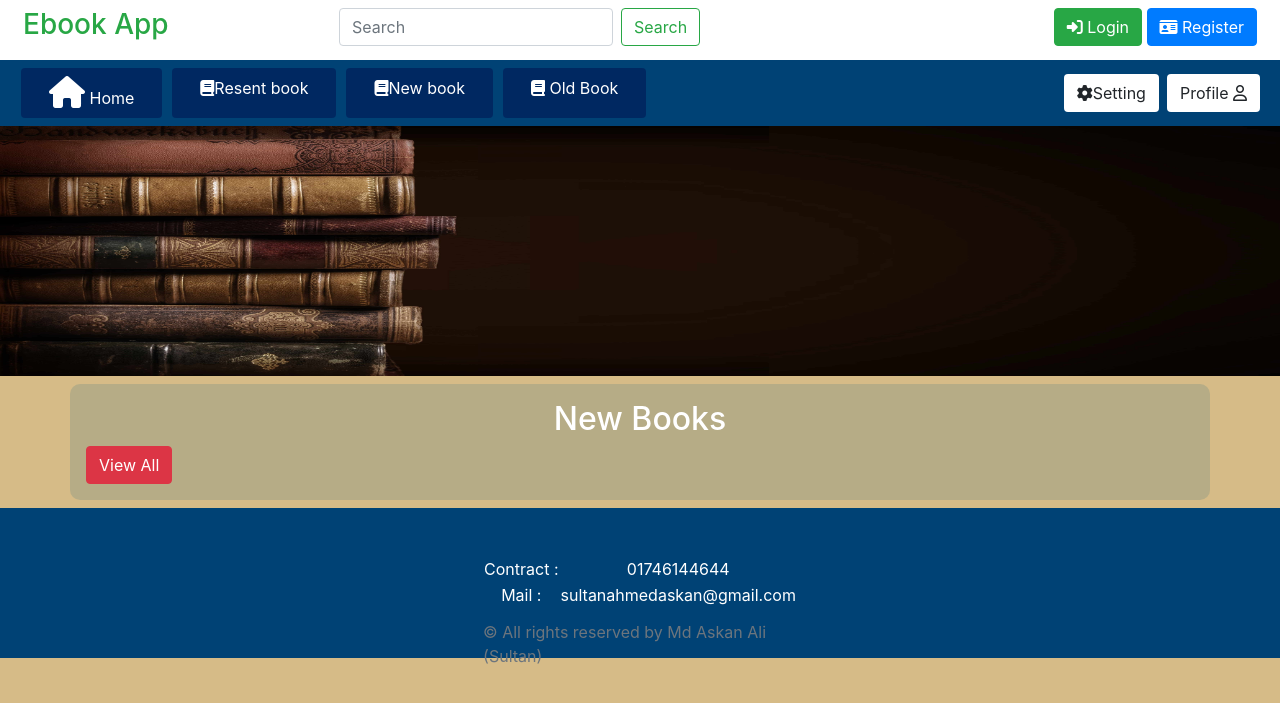
Repository: sultanaskan/EbookApp
Page: http://localhost/ebook/profile.jsp
An editor plug-in stored every save of this project. The page is shown before and after the next save, followed by the edit.
The browser window is 1280 px wide. The pictures show the whole page.
The page is served by Tomcat 9. Other server files are loaded and not shown. Queries for data that is not in the repository find no rows.

Above is the page before, as saved 2024-05-06 07:45:48.

### ebook/src/main/webapp/profile.jsp
<%@page import="com.entity.Cart"%>
<%@page import="com.entity.Book"%>
<%@page import="java.util.List"%>
<%@page import="com.DAO.DBconn"%>
<%@ page language="java" contentType="text/html; charset=UTF-8"
	pageEncoding="UTF-8"%>

<%@ taglib prefix="c" uri="http://java.sun.com/jsp/jstl/core"%>
<%@ page isELIgnored="false"%>

<!DOCTYPE html>
<html>
<head>
<meta charset="UTF-8">
<title>New Book:</title>
<%@include file="components/allcss.jsp"%>


</head>
<body>
	<%@include file="components/navbar.jsp"%>
	<img style="height: 250px; width: 100%" alt="benner"
		src="components/img/ben.png">





	<!-- New Book -->
	<div class="container my-2 p-3 resentbook">
		<h2 class="text-white text-center">New Books</h2>
		<div class="row justify-content-center text-center">

			<%
			HttpSession se = request.getSession();
			user u = (user) se.getAttribute("logedin");
			System.out.println("User Loged User id: " + u);
			DAOImpl dao = new DAOImpl(conn);
			List<Book> ne = dao.getNewBook();
			%>




			<%
			for (Book b : ne) {
			%>
			<div class="col-lg-3 col-md-4 col-sm-6 my-2">
				<div class="card">
					<div class="card-body">
						<img class="gcardbook" alt="book" src="books/<%=b.getFile()%>">
						<p>
							Book Name:
							<%=b.getName()%>
							<br> Author Name:<%=b.getAuthor()%>
							<br> Categories:
							<%=b.getCat()%>
						</p>
						<div class="row text-center justify-content-center">
							<c:if test="${not empty logedin  }">
								<%
								Cart c = dao.chackCartByUB(b.getBid(), u.getUid());
								if (c != null) {
								%>
								<a class="disabled btn btn-danger btn-sm m-1">Add Card</a>

								<%
								} else if (c == null) {
								%>

								<a
									href="addcartservlet?bid=<%=b.getBid()%>&uid=<%=u.getUid()%>&bname=<%=b.getName()%>&author=<%=b.getAuthor()%>&price=<%=b.getPrice()%>&address=<%=u.getAddress()%>&phone=<%=u.getPhone()%>&email=<%=b.getEmail()%>"
									class="btn btn-danger btn-sm m-1">Add Card</a>
								<%
								}
								%>
							</c:if>




							<c:if test="${empty logedin }">

								<a href="login.jsp" class=" btn btn-danger btn-sm m-1">Add
									Card</a>
							</c:if>
							<a href="viewdetails.jsp?bid=<%=b.getBid()%>"
								class="btn btn-primary btn-sm m-1">View Details</a> <a
								class="btn btn-success btn-sm m-1">999</a>
						</div>
					</div>
				</div>
			</div>
			<%
			}
			%>



		</div>
		<a class="self-align-center  y-2 btn btn-danger">View All</a>
	</div>








	<%@include file="components/footer.jsp"%>
</body>
</html>

### ebook/src/main/webapp/components/allcss.jsp
<script
	src="https://cdn.jsdelivr.net/npm/jquery@3.5.1/dist/jquery.slim.min.js"></script>
<script
	src="https://cdn.jsdelivr.net/npm/popper.js@1.16.1/dist/umd/popper.min.js"></script>
<script
	src="D:/All projects/java web/EbookApp/src/main/webapp/components/bootstrap-4.6.2-dist/js/bootstrap.min.js"></script>

<link rel="stylesheet"
	href="https://cdn.jsdelivr.net/npm/bootstrap@4.6.2/dist/css/bootstrap.min.css">
<script
	src="https://cdn.jsdelivr.net/npm/bootstrap@4.6.2/dist/js/bootstrap.bundle.min.js"></script>
<link rel="stylesheet"
	href="https://cdnjs.cloudflare.com/ajax/libs/font-awesome/6.4.2/css/all.min.css" />

<link rel="stylesheet" href="components/style.css">

### ebook/src/main/webapp/components/navbar.jsp
<%@page import="java.sql.Connection"%>
<%@page import="com.db.Database"%>
<%@page import="com.entity.user"%>
<%@page import="com.DAO.DAOImpl"%>
<%@page import="com.DAO.DBconn"%>
<%@include file="jstl.jsp" %>


<% Connection conn =new Database().Dbconn(); %>


<div class="container-fluid bg-white  " style="min-height: 60px">
	<div class="row p-2">
		<div class="col-md-3">
			<h3 class="text-success float-left">Ebook App</h3>
		</div>
		<div class=" col-md-5">
			<form class="form-inline my-2 my-lg-0">
				<input class="form-control mr-sm-2" type="search"
					placeholder="Search" aria-label="Search">
				<button class="btn btn-outline-success my-2 my-sm-0" type="submit">Search</button>
			</form>
		</div>

		<c:if test="${not empty  logedin }">
			<div class="col-md-4  text-right">
				<a href="profile.jsp" class="btn btn-primary "><i
					class="fa-regular fa-user"></i> Profile</a>
				<button data-toggle="modal" data-target="#exampleModal"
					class="btn btn-danger ">
					<i class="fa-solid fa-right-from-bracket"></i> Logout
				</button>
			</div>
		</c:if>

		<c:if test="${empty logedin}">
			<div class="col-md-4  text-right">
				<a href="login.jsp" class="btn btn-success "><i
					class="fa-solid fa-right-to-bracket "></i> Login</a> <a
					href="register.jsp" class="btn btn-primary "><i
					class="fa-solid fa-id-card"></i> Register</a>
			</div>
		</c:if>


	</div>
</div>



<nav class="navbar navbar-expand-lg navbar-dark  sticky-top"
	style="background: #004275">
	<button class="navbar-toggler" type="button" data-toggle="collapse"
		data-target="#navbarSupportedContent"
		aria-controls="navbarSupportedContent" aria-expanded="false"
		aria-label="Toggle navigation">
		<span class="navbar-toggler-icon"></span>
	</button>
	<div class="row collapse navbar-collapse" id="navbarSupportedContent">
		<div class=" col-md-7 float-left ">
			<ul class="navbar-nav mr-auto">
				<li class="nav-item active"><a class="nav-link"
					href="index.jsp"> <i class="fa-solid fa-house fa-2x"></i> Home
				</a></li>
				<li class="nav-item active"><a class="nav-link"
					href="resentbook.jsp"> <i class="fa-solid fa-book"></i>Resent
						book
				</a></li>
				<li class="nav-item  active"><a class="nav-link"
					href="newbook.jsp"> <i class="fa-solid fa-book"></i>New book
				</a></li>
				<li class="nav-item active"><a class="nav-link "
					href="oldbook.jsp"> <i class="fa-solid fa-book"></i> Old Book
				</a></li>
			</ul>
		</div>

		<div class="col-md-5 ">
			<a class=" float-right btn bg-white mx-1" href="#">Profile <i
				class="fa-regular fa-user"></i>
			</a> <a href="setting.jsp" class=" float-right btn bg-white mx-1"
				href="#"><i class="fa-solid fa-gear"></i>Setting </a>




			<c:if test="${not empty logedin }">

				<%
				DAOImpl daoNav = new DAOImpl(conn);
				user uNav = (user) session.getAttribute("logedin");
				int uidNav = uNav.getUid();
				int totalCarts = daoNav.getCartsCountByUid(uidNav);
				System.out.println("total Carts is: " + totalCarts);
				%>

				<a href="cart.jsp" class="float-right  btn bg-white mx-1"
					href="#"> <i class="fa-solid fa-cart-arrow-down"></i> <sup
					style="font-size: 15px; width: 250px"
					class="bg-danger rounded text-white"> <%=totalCarts%>
				</sup>
				</a>
			</c:if>


		</div>

	</div>
</nav>





<!-- Modal -->
<div class="modal fade" id="exampleModal" tabindex="-1"
	aria-labelledby="exampleModalLabel" aria-hidden="true">
	<div class="modal-dialog">
		<div class="modal-content">
			<div class="modal-header">
				<h5 class="modal-title" id="exampleModalLabel">warning !</h5>
				<button type="button" class="close" data-dismiss="modal"
					aria-label="Close">
					<span aria-hidden="true">&times;</span>
				</button>
			</div>
			<div class="modal-body">Are you sure you want to logout?</div>
			<div class="modal-footer">
				<button type="button" class="btn btn-secondary" data-dismiss="modal">No</button>
				<a href="Logout" type="button" class="btn btn-primary">Yes</a>
			</div>
		</div>
	</div>
</div>

### ebook/src/main/webapp/components/jstl.jsp
<%@ taglib prefix = "c" uri = "http://java.sun.com/jsp/jstl/core" %>
<%@  page isELIgnored="false" %>

### ebook/src/main/webapp/components/footer.jsp
<div class="container-fluid  text-center " style="height:150px; background:#004275">
	<div class="row text-center text-white pt-5 justify-content-center">


		<table>
		<caption>&copy All rights reserved by Md Askan Ali (Sultan)</caption>

		<tr>
		<td>Contract : </td>
		<td>01746144644</td>
		</tr>
		<tr>
		<td>Mail     : </td>
		<td>sultanahmedaskan@gmail.com</td>
		</tr>
		</table>
	</div>
</div>

### ebook/src/main/java/com/db/Database.java
package com.db;

import java.sql.Connection;
import java.sql.DriverManager;
import java.sql.SQLException;

public class Database{






	public Database() {
		super();
		// TODO Auto-generated constructor stub
	}

	public Connection Dbconn() {
		// TODO Auto-generated method stub
		Connection conn  = null;
		String url= "jdbc:mysql://localhost:3306/ebook";
		String user= "root";
		String password= "";

		try {
			Class.forName("com.mysql.cj.jdbc.Driver");
		} catch (ClassNotFoundException e) {
			// TODO Auto-generated catch block
			e.printStackTrace();
		}

		try {

			conn = DriverManager.getConnection(url,user, password);
		} catch (SQLException e) {
			// TODO Auto-generated catch block
			e.printStackTrace();
		}

		return conn;
	}


}

### ebook/src/main/java/com/DAO/DAO.java
package com.DAO;

import java.util.ArrayList;


import com.entity.*;
import java.util.List;

public abstract class DAO {
	public abstract boolean RegisterUser(user u);
	public abstract user getUserByEP(String E, String p);
	public abstract boolean addNewBook(Book b);
	public abstract boolean updateBook(Book b);
	public abstract List<Book> getAllBook();
	public abstract List<Book> getRsentBook();
	public abstract List<Book> getNewBook();
	public abstract List<Book> getOldBook();
	public abstract List<Cart> getCartsByU(int uid);
	public abstract Book getBookById(int id);
	public abstract boolean removeBookById(int id);
	public abstract boolean addCart(Cart c);
	public abstract Cart chackCartByUB(int bid, int uid);
	public abstract boolean RemoveCartbyId(int cid);
	public abstract double getTotalAmount(int uid);
	public abstract int getCartsCountByUid(int uid);
	public abstract boolean saveOrder(Order o);

}

### ebook/src/main/java/com/DAO/DAOImpl.java
package com.DAO;

import java.sql.Connection;
import java.sql.PreparedStatement;
import java.sql.ResultSet;
import java.util.ArrayList;
import java.util.List;

import com.entity.Book;
import com.entity.Cart;
import com.entity.Order;
import com.entity.user;

public class DAOImpl extends DAO {
	private Connection conn;

	public DAOImpl(Connection conn) {
		super();
		this.conn = conn;
	}

	@Override
	public boolean RegisterUser(user u) {
		boolean f = false;
		try {
			String sql = "insert into user(name, email, phone, password, address, city, state, zip) values(?,?,?,?,?,?,?,?)";
			PreparedStatement ps = conn.prepareStatement(sql);
			ps.setString(1, u.getName());
			ps.setString(2, u.getEmail());
			ps.setString(3, u.getPhone());
			ps.setString(4, u.getPassword());
			ps.setString(5, u.getAddress());
			ps.setString(6, u.getCity());
			ps.setString(7, u.getState());
			ps.setString(8, u.getZip());

			boolean r = ps.execute();

			if (r == false) {
				f = true;
			}

		} catch (Exception e) {
			e.printStackTrace();
		}
		return f;
	}

	@Override
	public user getUserByEP(String E, String P) {
		user u = null;
		try {
			String sql = "select * from `ebook`.user where email= ? and password = ?";
			PreparedStatement ps = conn.prepareStatement(sql);
			ps.setString(1, E);
			ps.setString(2, P);

			ResultSet re = ps.executeQuery();
			while (re.next()) {
				u = new user();
				u.setUid(re.getInt(1));
				u.setName(re.getString(2));
				u.setEmail(re.getString(3));
				u.setPhone(re.getString(4));
				u.setPassword(re.getString(5));
				u.setAddress(re.getString(6));
				u.setCity(re.getString(7));
				u.setState(re.getString(8));
				u.setState(re.getString(9));
				u.setPhoto(re.getString(10));
				u.setRole(re.getString(11));

			}

		} catch (Exception e) {
			e.printStackTrace();
		}

		return u;
	}

	@Override
	public boolean addNewBook(Book b) {
		boolean r = false;
		try {
			String sql = "insert into books(name, author, price, cat, status, photo, email) values(?,?,?,?,?,?,?)";
			PreparedStatement ps = conn.prepareStatement(sql);

			ps.setString(1, b.getName());
			ps.setString(2, b.getAuthor());
			ps.setDouble(3, b.getPrice());
			ps.setString(4, b.getCat());
			ps.setString(5, b.getStatus());
			ps.setString(6, b.getFile());
			ps.setString(7, b.getEmail());

			boolean f = ps.execute();
			if (f == false) {
				r = true;
			}

		} catch (Exception e) {
			e.printStackTrace();
		}

		return r;
	}

	@Override
	public boolean updateBook(Book b) {
		boolean r = false;
		try {
			String sql = "update  books set name =?, author=?, price=?, cat=?, status=? where bid = ?";
			PreparedStatement ps = conn.prepareStatement(sql);

			ps.setString(1, b.getName());
			ps.setString(2, b.getAuthor());
			ps.setDouble(3, b.getPrice());
			ps.setString(4, b.getCat());
			ps.setString(5, b.getStatus());
			ps.setInt(6, b.getBid());

			int f = ps.executeUpdate();
			if (f == 1) {
				r = true;
			}

		} catch (Exception e) {
			e.printStackTrace();
		}

		return r;
	}

	@Override
	public List<Book> getAllBook() {
		List<Book> list = new ArrayList<>();
		Book b = null;

		try {
			String sql = "select * from books";
			PreparedStatement bs = conn.prepareStatement(sql);

			ResultSet re = bs.executeQuery();
			while (re.next()) {
				b = new Book();
				b.setBid(re.getInt(1));
				b.setName(re.getString(2));
				b.setAuthor(re.getString(3));
				b.setPrice(re.getDouble(4));
				b.setCat(re.getString(5));
				b.setStatus(re.getString(6));
				b.setFile(re.getString(7));
				b.setEmail(re.getString(8));

				list.add(b);
			}

		} catch (Exception e) {
			e.printStackTrace();
		}

		return list;
	}

	@Override
	public Book getBookById(int id) {
		Book b = null;

		try {
			String sql = "select * from books Where bid= ?";
			PreparedStatement bs = conn.prepareStatement(sql);
			bs.setInt(1, id);

			ResultSet re = bs.executeQuery();

			while (re.next()) {
				b = new Book();
				b.setBid(re.getInt(1));
				b.setName(re.getString(2));
				b.setAuthor(re.getString(3));
				b.setPrice(re.getDouble(4));
				b.setCat(re.getString(5));
				b.setStatus(re.getString(6));
				b.setFile(re.getString(7));
				b.setEmail(re.getString(8));

			}

		} catch (Exception e) {
			e.printStackTrace();
		}

		return b;
	}

	@Override
	public List<Book> getRsentBook() {
		List<Book> list = new ArrayList<>();
		Book b = null;

		try {
			String sql = "select * from books where status=? order by bid desc";
			PreparedStatement ps = conn.prepareStatement(sql);
			ps.setString(1, "Active");

			ResultSet re = ps.executeQuery();
			while (re.next()) {
				b = new Book();
				b.setBid(re.getInt(1));
				b.setName(re.getString(2));
				b.setAuthor(re.getString(3));
				b.setPrice(re.getDouble(4));
				b.setCat(re.getString(5));
				b.setStatus(re.getString(6));
				b.setFile(re.getString(7));
				b.setEmail(re.getString(8));

				list.add(b);
			}

		} catch (Exception e) {
			e.printStackTrace();
		}

		return list;
	}

	@Override
	public List<Book> getNewBook() {
		List<Book> list = new ArrayList<>();
		Book b = null;

		try {
			String sql = "select * from books where status=? and cat=? ";
			PreparedStatement ps = conn.prepareStatement(sql);
			ps.setString(1, "Active");
			ps.setString(2, "New");

			ResultSet re = ps.executeQuery();
			while (re.next()) {
				b = new Book();
				b.setBid(re.getInt(1));
				b.setName(re.getString(2));
				b.setAuthor(re.getString(3));
				b.setPrice(re.getDouble(4));
				b.setCat(re.getString(5));
				b.setStatus(re.getString(6));
				b.setFile(re.getString(7));
				b.setEmail(re.getString(8));

				list.add(b);
			}

		} catch (Exception e) {
			e.printStackTrace();
		}

		return list;
	}

	@Override
	public List<Book> getOldBook() {
		List<Book> list = new ArrayList<>();
		Book b = null;

		try {
			String sql = "select * from books where status=? and cat=? ";
			PreparedStatement ps = conn.prepareStatement(sql);
			ps.setString(1, "Active");
			ps.setString(2, "Old");

			ResultSet re = ps.executeQuery();
			while (re.next()) {
				b = new Book();
				b.setBid(re.getInt(1));
				b.setName(re.getString(2));
				b.setAuthor(re.getString(3));
				b.setPrice(re.getDouble(4));
				b.setCat(re.getString(5));
				b.setStatus(re.getString(6));
				b.setFile(re.getString(7));
				b.setEmail(re.getString(8));

				list.add(b);
			}

		} catch (Exception e) {
			e.printStackTrace();
		}

		return list;
	}

	@Override
	public boolean removeBookById(int id) {
		boolean r = false;
		try {
			String sql = "delete from books where bid=?";
			PreparedStatement ps = conn.prepareStatement(sql);
			ps.setInt(1, id);

			int i = ps.executeUpdate();
			if (i == 1) {
				r = true;
			}

		} catch (Exception e) {
			e.printStackTrace();
		}

		return r;
	}

	@Override
	public boolean addCart(Cart c) {
		boolean r = false;
		try {
			String sql = "insert into carts(bid, uid, bookname,author, price, address, phone,email) values(?,?,?,?,?,?,?,?)";
			PreparedStatement ps = conn.prepareStatement(sql);
			ps.setInt(1, c.getBid());
			ps.setInt(2, c.getUid());
			ps.setString(3, c.getBname());
			ps.setString(4, c.getAuthor());
			ps.setDouble(5, c.getPrice());
			ps.setString(6, c.getAddress());
			ps.setString(7, c.getPhone());
			ps.setString(8, c.getEmail());

			boolean f = ps.execute();
			if (f == false) {
				r = true;
			}

		} catch (Exception e) {
			e.printStackTrace();
		}
		return r;
	}

	@Override
	public Cart chackCartByUB(int bid, int uid) {
		Cart c = null;
		try {
			String sql = "select * from carts where bid=? and uid=?";
			PreparedStatement ps = conn.prepareStatement(sql);
			ps.setInt(1, bid);
			ps.setInt(2, uid);

			ResultSet re = ps.executeQuery();
			boolean i = re.next();
			while (re.next()) {
				c = new Cart();
				c.setCid(re.getInt(1));
				c.setBid(re.getInt(2));
				c.setUid(re.getInt(3));
				c.setBname(re.getString(4));
				c.setPrice(re.getDouble(5));
				c.setAddress(re.getString(6));
				c.setPhone(re.getString(7));
				c.setEmail(re.getString(8));
			}

		} catch (Exception e) {
			e.printStackTrace();
			;
		}

		return c;
	}

	@Override
	public List<Cart> getCartsByU(int uid) {
		List<Cart> list = new ArrayList<>();
		Cart c = null;

		try {
			String sql = "select * from carts where uid=?";
			PreparedStatement ps = conn.prepareStatement(sql);
			ps.setInt(1, uid);

			ResultSet re = ps.executeQuery();
			while (re.next()) {
				c = new Cart();
				c.setCid(re.getInt(1));
				c.setBid(re.getInt(2));
				c.setUid(re.getInt(3));
				c.setBname(re.getString(4));
				c.setAuthor(re.getString(5));
				c.setPrice(re.getDouble(6));
				c.setAddress(re.getString(7));
				c.setPhone(re.getString(8));
				c.setEmail(re.getString(9));

				list.add(c);
			}

		} catch (Exception e) {
			e.printStackTrace();
		}

		return list;

	}

	@Override
	public boolean RemoveCartbyId(int cid) {
		boolean r = false;
		try {
			String sql = "delete from carts where cid=?";
			PreparedStatement ps = conn.prepareStatement(sql);
			ps.setInt(1, cid);

			int i = ps.executeUpdate();
			if (i == 1) {
				r = true;
			}

		} catch (Exception e) {
			e.printStackTrace();
		}
		return r;
	}

	@Override
	public double getTotalAmount(int uid) {
		double total = 00.0;
		try {
			String sql = "select * from carts where uid = ?";

			PreparedStatement ps = conn.prepareStatement(sql);
			ps.setInt(1, uid);
			ResultSet re = ps.executeQuery();

			while (re.next()) {
				total = total + re.getInt(6);
			}

		} catch (Exception e) {
			e.printStackTrace();
		}
		return total;
	}

	@Override
	public int getCartsCountByUid(int uid) {
		int cartsCount = 0;

		try {
			String sql = "select * from carts where uid = ?";

			PreparedStatement ps = conn.prepareStatement(sql);
			ps.setInt(1, uid);
			ResultSet re = ps.executeQuery();

			while (re.next()) {
				cartsCount++;
			}

		} catch (Exception e) {
			e.printStackTrace();
		}

		return cartsCount;
	}

	@Override
	public boolean saveOrder(Order o) {
		// TODO Auto-generated method stub
		boolean r = false;
		String sql = "insert into order values(o_id, c_id, b_id, s_id)";
		try {
			PreparedStatement ps = conn.prepareStatement(sql);
			ps.setInt(1, o.getO_id());
			ps.setInt(2, o.getC_id());
			ps.setInt(3, o.getB_id());
			ps.setInt(4, o.getS_id());
			r= ps.execute();


		} catch (Exception e) {
			// TODO: handle exception
			e.printStackTrace();
		}
		return false;
	}

}

### ebook/src/main/webapp/components/style.css

body{
	background-color:#D6BB87;
}
.gcardbook{
	height: 135px;
	width: 100px;
}
.resentbook{
	background-color: rgba(132, 151, 134,0.4);
	border-radius: 10px;
}

.newbook{
	background-color: rgba(148, 124, 145,0.4);
	border-radius: 10px;
}

.oldbook{
	background-color: rgba(155, 152, 130,.4);
	border-radius: 10px;
}
.card {
	background-color: rgba(255, 255, 223,0.3);
	transition: 1s ease-in-out ;
}
.card{
	background-color: white;
}

.navbar ul li{
	padding-left: 20px;
	padding-right: 20px;
	background-color: rgba(0, 0, 68, .4);
	border-radius: 4px;
	margin-right: 5px;
	margin-left: 5px;
}

.navbar ul li:hover {
	background-color:rgb(128, 0, 128);
	transition: .3s ease-in-out;
	color:rgb(0, 0, 64) !important;
	border-radius: 4px;

}

After the next save:
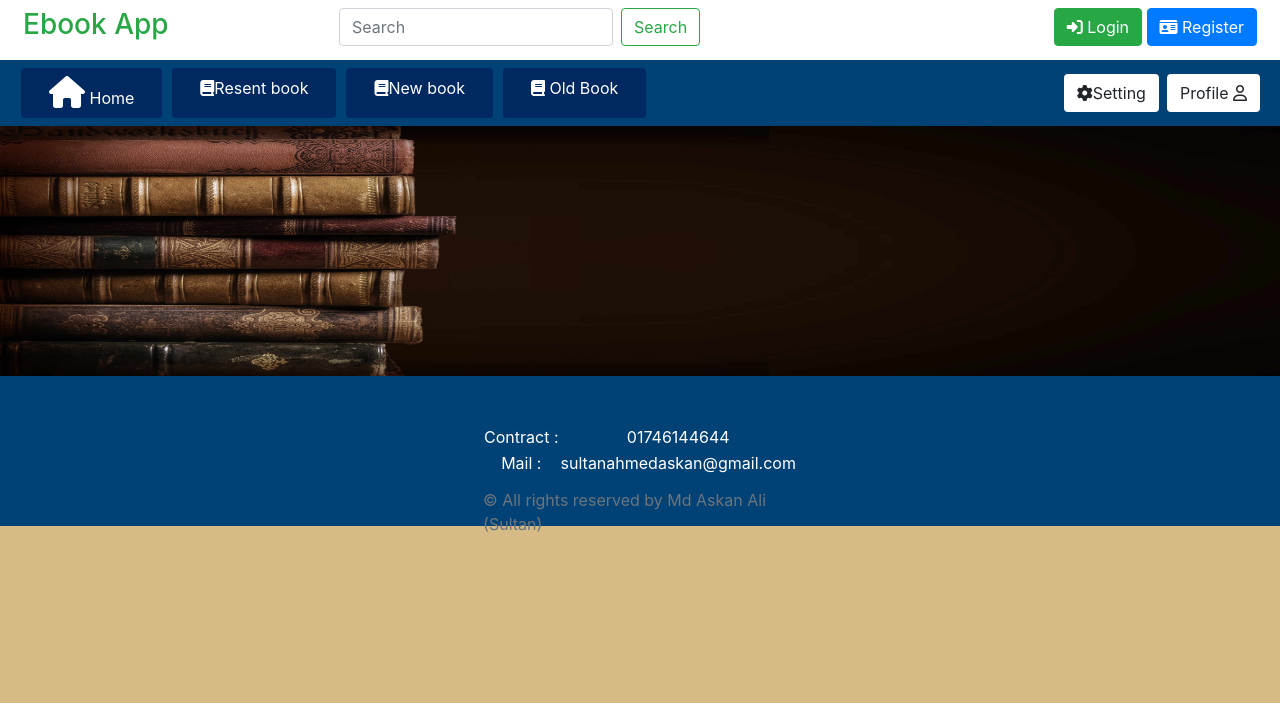
Saved 2 min 25 s later.
--- a/ebook/src/main/webapp/profile.jsp
+++ b/ebook/src/main/webapp/profile.jsp
@@ -26,83 +26,6 @@
 
 
 
-	<!-- New Book -->
-	<div class="container my-2 p-3 resentbook">
-		<h2 class="text-white text-center">New Books</h2>
-		<div class="row justify-content-center text-center">
-
-			<%
-			HttpSession se = request.getSession();
-			user u = (user) se.getAttribute("logedin");
-			System.out.println("User Loged User id: " + u);
-			DAOImpl dao = new DAOImpl(conn);
-			List<Book> ne = dao.getNewBook();
-			%>
-
-
-
-
-			<%
-			for (Book b : ne) {
-			%>
-			<div class="col-lg-3 col-md-4 col-sm-6 my-2">
-				<div class="card">
-					<div class="card-body">
-						<img class="gcardbook" alt="book" src="books/<%=b.getFile()%>">
-						<p>
-							Book Name:
-							<%=b.getName()%>
-							<br> Author Name:<%=b.getAuthor()%>
-							<br> Categories:
-							<%=b.getCat()%>
-						</p>
-						<div class="row text-center justify-content-center">
-							<c:if test="${not empty logedin  }">
-								<%
-								Cart c = dao.chackCartByUB(b.getBid(), u.getUid());
-								if (c != null) {
-								%>
-								<a class="disabled btn btn-danger btn-sm m-1">Add Card</a>
-
-								<%
-								} else if (c == null) {
-								%>
-
-								<a
-									href="addcartservlet?bid=<%=b.getBid()%>&uid=<%=u.getUid()%>&bname=<%=b.getName()%>&author=<%=b.getAuthor()%>&price=<%=b.getPrice()%>&address=<%=u.getAddress()%>&phone=<%=u.getPhone()%>&email=<%=b.getEmail()%>"
-									class="btn btn-danger btn-sm m-1">Add Card</a>
-								<%
-								}
-								%>
-							</c:if>
-
-
-
-
-							<c:if test="${empty logedin }">
-
-								<a href="login.jsp" class=" btn btn-danger btn-sm m-1">Add
-									Card</a>
-							</c:if>
-							<a href="viewdetails.jsp?bid=<%=b.getBid()%>"
-								class="btn btn-primary btn-sm m-1">View Details</a> <a
-								class="btn btn-success btn-sm m-1">999</a>
-						</div>
-					</div>
-				</div>
-			</div>
-			<%
-			}
-			%>
-
-
-
-		</div>
-		<a class="self-align-center  y-2 btn btn-danger">View All</a>
-	</div>
-
-
-
 
 
 
